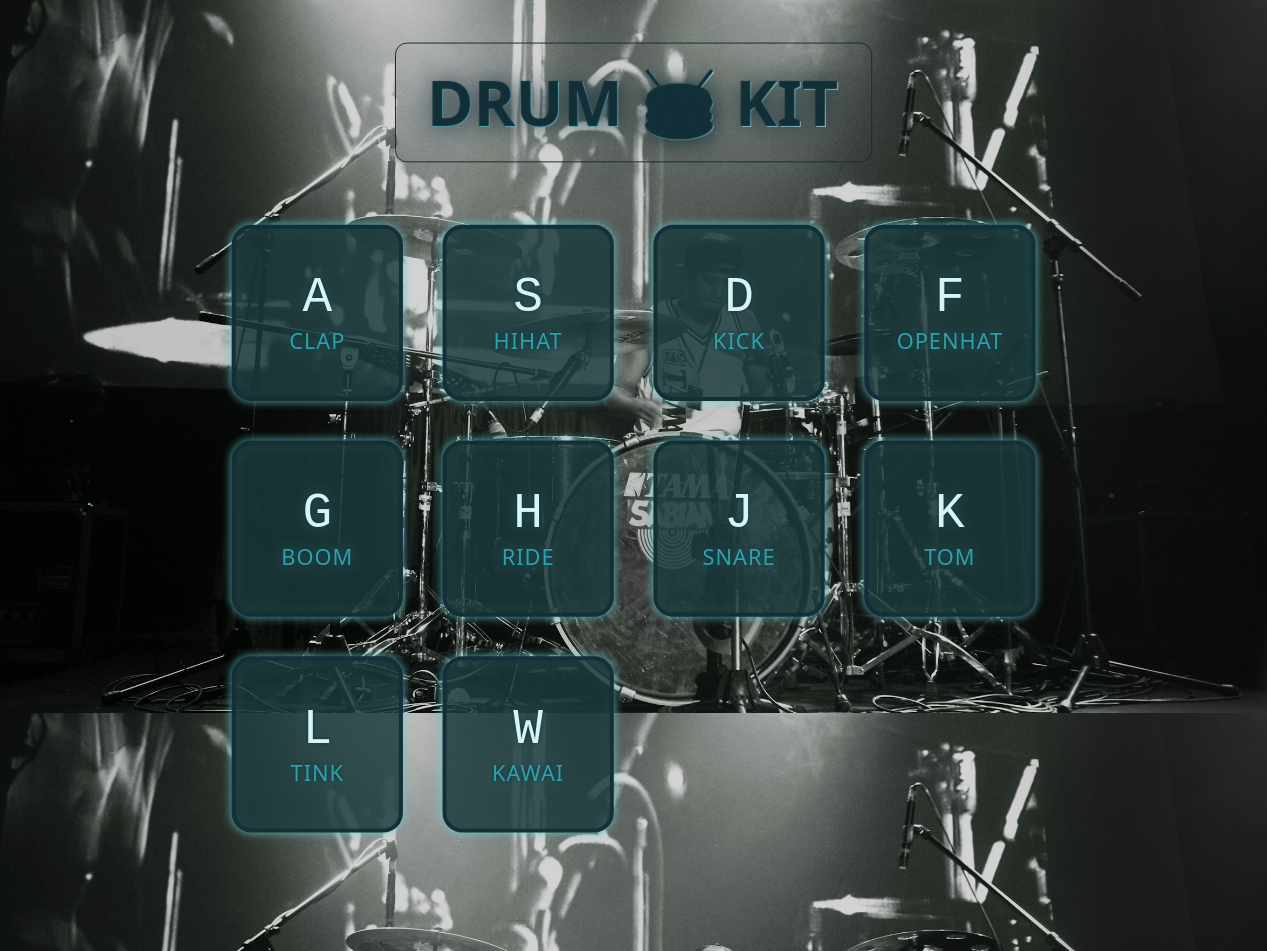
Repository: Freezler/drumkitJS
Page: index.html
The author's editor kept a copy of each file at every save. The page is drawn from the files as they stood at one save, then again after the next save.
The browser window is 1280 px wide. The pictures show the whole page, at 99% of full size.
Backgrounds fixed to the window are drawn as part of the page.

Above is the page before, as saved 2024-08-24 12:29:23.
Console error: ReferenceError: key is not defined

### index.html
<!DOCTYPE html>
<html lang="en">

<head>
  <meta name="viewport" content="width=device-width, initial-scale=1.0">
  <meta charset="UTF-8">
  <title>JS Drum Kit</title>
  <link rel="stylesheet" href="style.css">
  <link rel="icon" href="https://fav.farm/🔥" />
</head>

<body>
  <main>

    <h1>Drum 🥁 Kit</h1>

    <div class="keys">
      <div data-key="65" class="key">
        <kbd>A</kbd>
        <span class="sound">clap</span>
      </div>
      <div data-key="83" class="key">
        <kbd>S</kbd>
        <span class="sound">hihat</span>
      </div>
      <div data-key="68" class="key">
        <kbd>D</kbd>
        <span class="sound">kick</span>
      </div>
      <div data-key="70" class="key">
        <kbd>F</kbd>
        <span class="sound">openhat</span>
      </div>
      <div data-key="71" class="key">
        <kbd>G</kbd>
        <span class="sound">boom</span>
      </div>
      <div data-key="72" class="key">
        <kbd>H</kbd>
        <span class="sound">ride</span>
      </div>
      <div data-key="74" class="key">
        <kbd>J</kbd>
        <span class="sound">snare</span>
      </div>
      <div data-key="75" class="key">
        <kbd>K</kbd>
        <span class="sound">tom</span>
      </div>
      <div data-key="76" class="key">
        <kbd>L</kbd>
        <span class="sound">tink</span>
      </div>
      <div data-key="87" class="key">
        <kbd>W</kbd>
        <span class="sound">kawai</span>
      </div>
    </div>
  </main>

  <audio data-key="65" src="sounds/clap.wav"></audio>
  <audio data-key="83" src="sounds/hihat.wav"></audio>
  <audio data-key="68" src="sounds/kick.wav"></audio>
  <audio data-key="70" src="sounds/openhat.wav"></audio>
  <audio data-key="71" src="sounds/boom.wav"></audio>
  <audio data-key="72" src="sounds/ride.wav"></audio>
  <audio data-key="74" src="sounds/snare.wav"></audio>
  <audio data-key="75" src="sounds/tom.wav"></audio>
  <audio data-key="76" src="sounds/tink.wav"></audio>
  <audio data-key="87" src="sounds/kawai.wav"></audio>


  <script>
    function removeTransition(event) {
      const { propertyName } = event;
      if (propertyName !== 'transform') return;
      event.target.classList.remove('playing');
    }

    function playSound(event) {
      const keyCode = event.type === 'keydown' ? event.keyCode : this.getAttribute('data-key');
      const audio = document.querySelector(`audio[data-key="${keyCode}"]`);
      const key = document.querySelector(`.key[data-key="${keyCode}"]`);
      if (!audio) return;
      key.classList.add('playing');
      audio.currentTime = 0;
      audio.play();
    }

    window.addEventListener('keydown', playSound);

    const keys = document.querySelectorAll('.key');
    keys.forEach(key => {
      key.addEventListener('transitionend', removeTransition);
      key.addEventListener('click', playSound);
    });
    key.addEventListener('touchstart', function (event) {
      event.preventDefault();  // Prevent default touch behavior
      playSound.call(this, event);
    });
  </script>


</body>

</html>

### style.css
:root {
  --000: #f0fbfa;
  --100: #d8f5f5;
  --200: #b5eaec;
  --300: #63cfd5;
  --400: #48bfc8;
  --500: #2da2ad;
  --600: #288492;
  --700: #266b78;
  --800: #275963;
  --900: #254a54;
  --950: #133039;

}

html {
  font-size: 10px;
  background: url('./background2.jpg') bottom center;
  background-color: var(--950);
  background-size: cover;
  scroll-behavior: smooth;
  background-attachment: fixed;
  background-position: center center;
  background-repeat: no-repeat;
  height: 100vh;
  user-select: none;
  display: grid;
  place-items: center;
}

body,
html {
  margin: 0;
  padding: 0;
  font-family: system-ui, -apple-system, BlinkMacSystemFont, Roboto, Oxygen, Ubuntu, Cantarell, 'Open Sans', 'Helvetica Neue', sans-serif;


}

h1 {
  font-size: clamp(4rem, 5vw, 5em);
  font-weight: 400;
  text-align: center;
  color: var(--000);
  padding-block: 1.6rem;
  padding-inline: 3.2rem;
  text-align: center;
  background-image: linear-gradient(90deg, var(--300) 0%, var(--200) 100%);
  border: 1px solid var(--950);
  border-radius:12px;
  color: transparent;
  background-clip: text;
  -webkit-background-clip: text;
  text-transform: uppercase;
  font-size: clamp(6rem, 5vw, 10rem);
  text-shadow:1px 1px 24px var(--950), -1px -1px 1px #133039;
  font-weight: 700;



}

main {
  place-self: center;
  display: grid;
  place-items: center;
  height: 100%;
  place-content: center;
  text-align: center;
  width: 100%;
  transition: all 0.07s;
  padding-bottom: 10rem;
}

.keys {
  display: grid;
  grid-template-columns: repeat(2, 1fr); /* Default for small screens */
  text-align: center;
  transition: all 0.03s;
  place-items: center;
}

.key {
  border: .4rem solid var(--950);
  border-radius: 2rem;
  margin: 2rem;
  font-size: 8rem;
  padding: .5rem .250rem;
  transition: all .07s ease;
  width: 16rem;
  height: 16rem;
  display: grid;
  place-items: center;
  place-content: center;
  text-align: center;
  color: var(--100);
  filter: drop-shadow(0 0 .5rem var(--300));
  text-shadow: 0 0 .5rem var(--950);
  background: #01010199;
}

@media screen and (max-width: 720px) {
  .keys {
    grid-template-columns: repeat(2, 1fr); /* 2 columns for small screens */
    place-items: center;
    justify-content: center;
    height: fit-content;
}
}
@media screen and (max-width: 759px) {
  .keys {
    grid-template-columns: repeat(2, 1fr); /* 2 columns for small screens */
    place-items: center;
    justify-content: center;
  }
}

@media screen and (min-width: 760px) and (max-width: 980px) {
  .keys {
    grid-template-columns: repeat(3, 1fr); /* 3 columns for medium screens */
    place-items: center;
    justify-content: center;
  }
}

@media screen and (min-width: 980px) {
  .keys {
    grid-template-columns: repeat(4, 1fr); /* 4 columns for large screens */
    place-items: center;
  }
}

.playing {
  transform: scale(1.07);
  border-color: var(--200);
  box-shadow: 0 0 1rem var(--300);
  filter: drop-shadow(0 0 .5rem var(--500));

}

kbd {
  display: block;
  font-size: 5rem;
}

.sound {
  font-size: 2.2rem;
  text-transform: uppercase;
  letter-spacing: .1rem;
  color: var(--500);

}

After the next save:
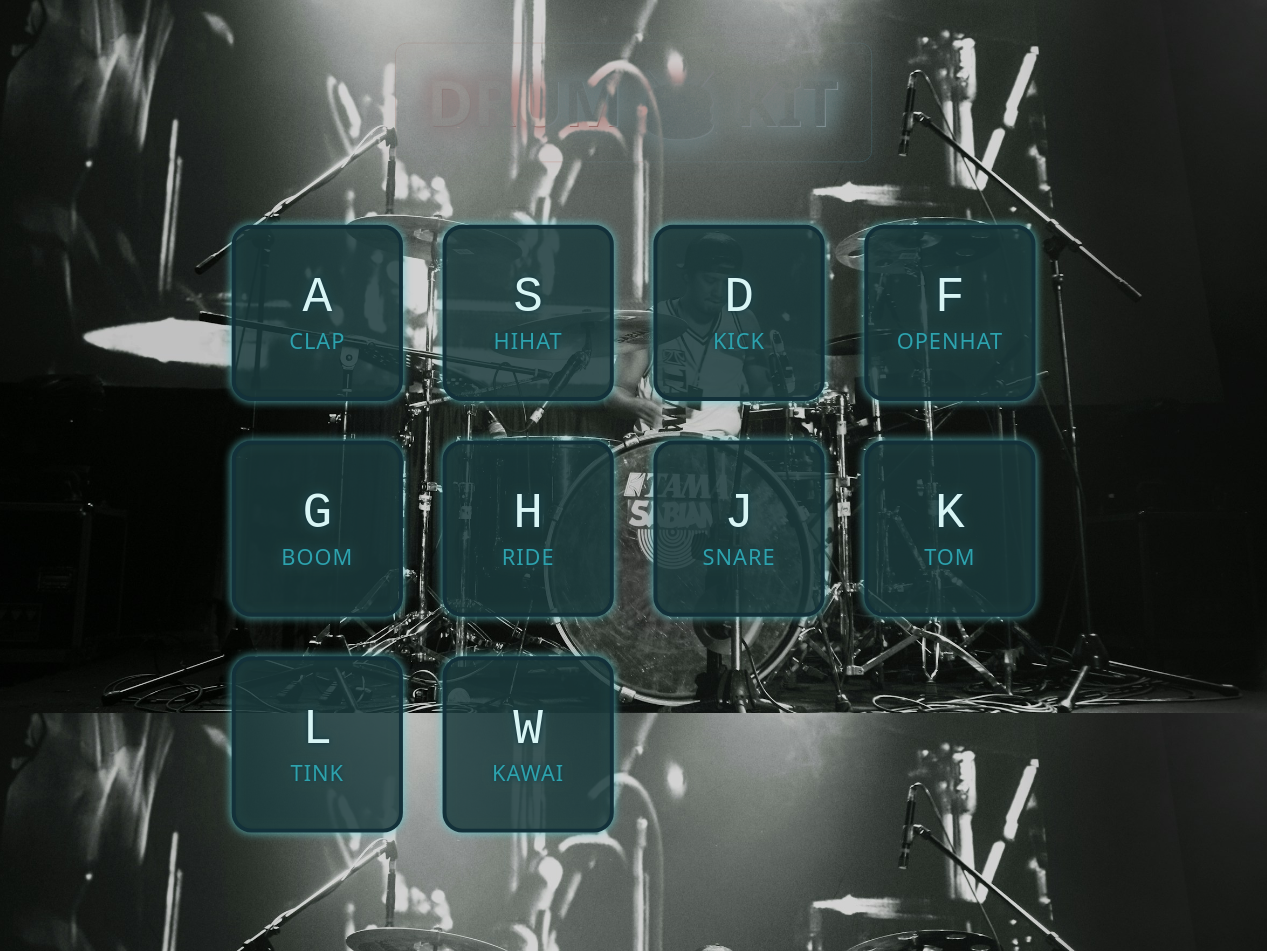
Saved 27 s later.
--- a/style.css
+++ b/style.css
@@ -56,8 +56,8 @@
   text-shadow:1px 1px 24px var(--950), -1px -1px 1px #133039;
   font-weight: 700;
 
-
-
+  mix-blend-mode: exclusion;
+  filter: drop-shadow(0 0 1rem var(--300));
 }
 
 main {
